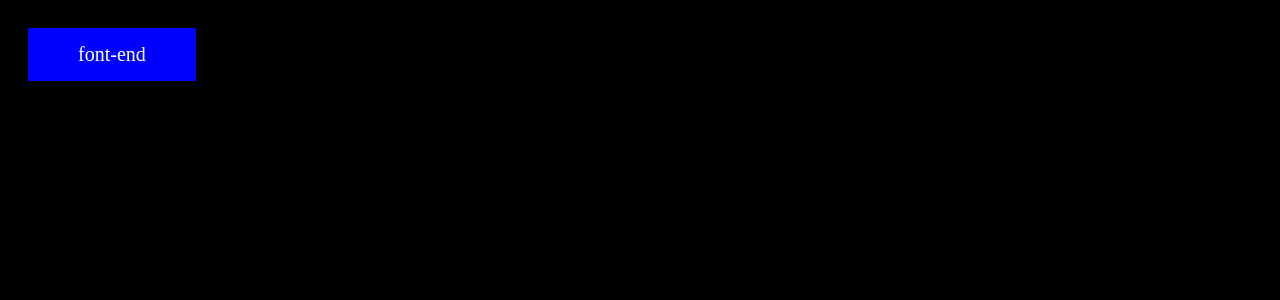
Repository: 16-Doffy/howtouse-htmlcss
Page: boxing_size/index.html
The author's editor kept a copy of each file at every save. The page is drawn from the files as they stood at one save, then again after the next save.
The browser window is 1280 px wide. The pictures show the whole page.

Above is the page before, as saved 2024-12-18 20:47:51.

### boxing_size/index.html
<!DOCTYPE html>
<html lang="en">
<head>
    <meta charset="UTF-8">
    <meta name="viewport" content="width=device-width, initial-scale=1.0">
   <link rel="stylesheet" href="styles.css">
    <title>BOXING_SIZE</title>
</head>
<body>
<div class="button">
    font-end
</div>
</body>
</html>

### boxing_size/styles.css
body{
  background-color: black;
  padding: 20px;
}
.boxed{
  width: 100px;
  height: 100px;
  background-color: blue;
  color: white;
  padding: 20px;
  box-sizing: content-box;
  border: 5px solid rgb(240, 233, 233);
  box-sizing: border-box;
}
/*use border-box = về đúng thiết kế*/

.button{
  display: inline-block;
  /* height: 50px;
  width: 150px; */
  background-color: blue;
  color: white;
  outline: none;
  border: none;
  font-size: 20px;
  padding:15px 50px;
}

After the next save:
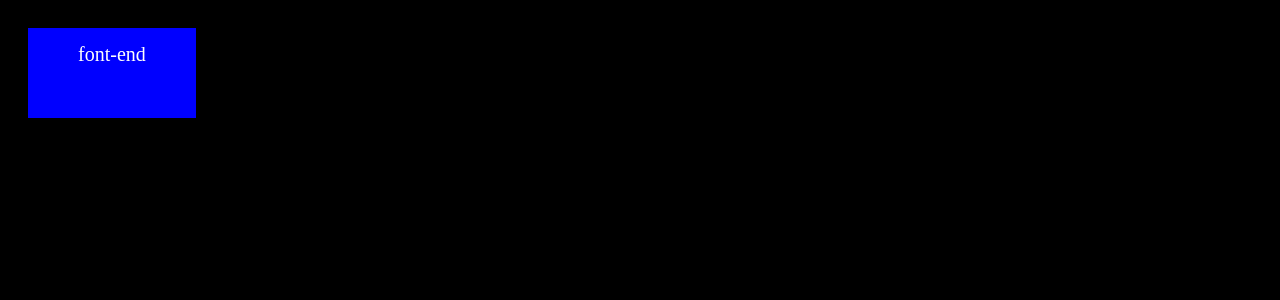
Saved 3 min 3 s later.
--- a/boxing_size/styles.css
+++ b/boxing_size/styles.css
@@ -24,4 +24,4 @@
   border: none;
   font-size: 20px;
   padding:15px 50px;
-}
+  height: 60px;

After the 2 saves that followed:
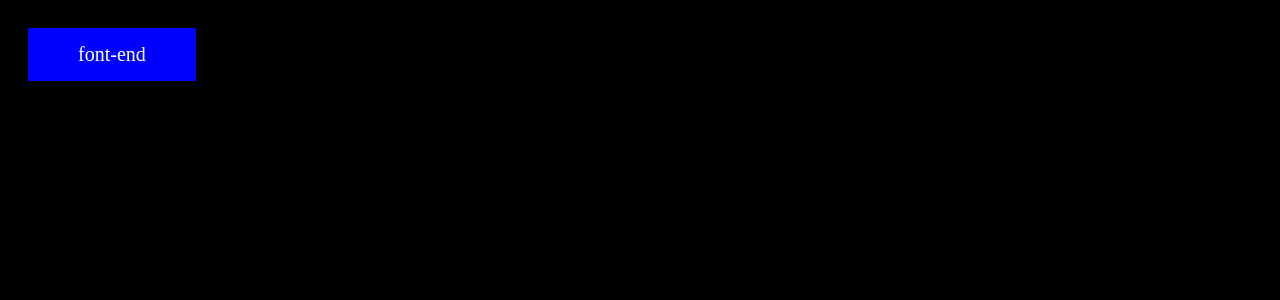
The 2 saves are shown as one change because 1 left the picture as it was.
The last was saved 10 s later.
--- a/boxing_size/styles.css
+++ b/boxing_size/styles.css
@@ -24,4 +24,5 @@
   border: none;
   font-size: 20px;
   padding:15px 50px;
-  height: 60px;
+
+}
